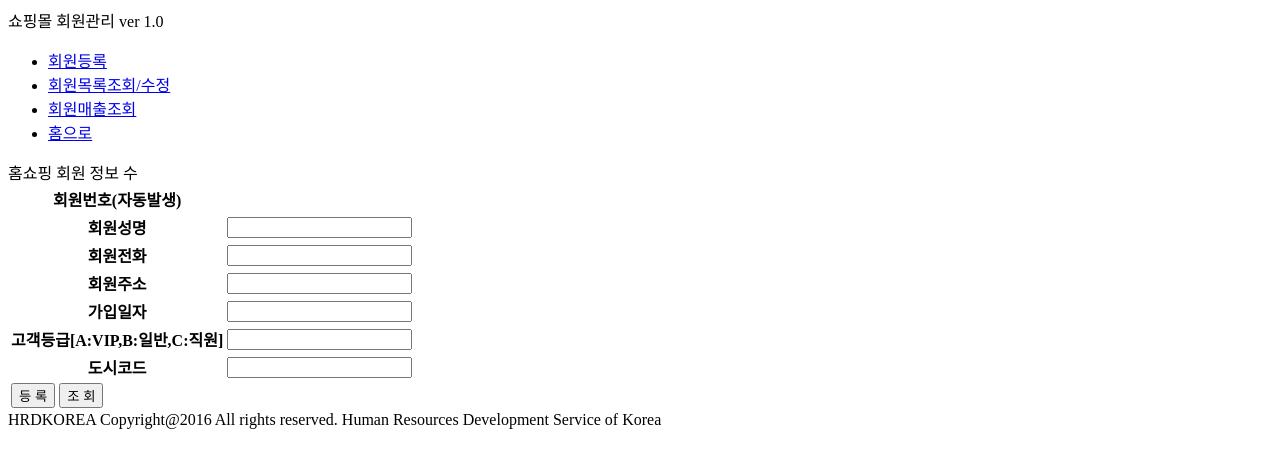
Repository: Up-Min/hrdkorea
Page: http://localhost/HRD_1234_easy2/modify.jsp
These files come from the project's save history. The page is drawn as it stood at one moment and after the next save; the edit follows.
The browser window is 1280 px wide. The pictures show the whole page.
The page is served by Tomcat 9. Queries for data that is not in the repository find no rows.

Above is the page before, as saved 2022-12-23 07:57:00.

After the next save:
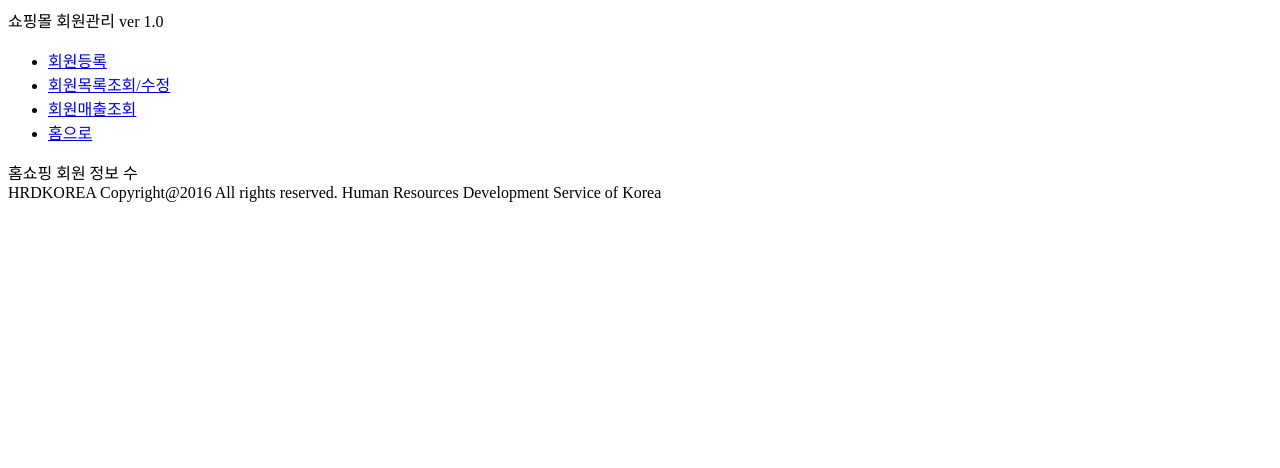
Saved 6 min 6 s later.
--- a/HRD_1234_easy2/src/main/webapp/modify.jsp
+++ b/HRD_1234_easy2/src/main/webapp/modify.jsp
@@ -20,33 +20,29 @@
 							<!-- 어차피 action에서 전부 처리할거기 때문에, 구분이 필요함. 그래서 modify! -->
 			<div class="wrapper">
 				<table>
-					<tr>
-						<th>회원번호(자동발생)</th>
-						<td>
+
 						<!-- jsp코드가 여기 들어갈거임 -->
 						<%
 						try{
 						Class.forName("oracle.jdbc.OracleDriver");
 						Connection con = DriverManager.getConnection("jdbc:oracle:thin:@//localhost:1521/xe", "gisa", "gisa1234");
 						Statement stmt = con.createStatement(); //DB 커넥션 연결
-						String sql = "SELECT max(custno)+1 custno FROM member_tbl_02";
+
+						String custno = request.getParameter("custno"); //url에 있는 키를 받아옴.
+						//modify.jsp?custno=100002 -> 100002를 가져옴.
+
+						String sql = "SELECT custname, phone, address, TO_CHAR(joindate,'YYYY-MM-DD') joindate, grade, city FROM member_tbl_02 WHERE custno =" +custno;
 						ResultSet rs = stmt.executeQuery(sql); //쿼리 실행
 
 						if(rs.next()){
 						%>
-						<input type = "text" name="custno" value="<%= rs.getInt(1)%>" readonly>
-
-						<%}
-						con.close();
-						stmt.close();
-						}catch(Exception e){
-							e.printStackTrace();
-						}
-
-						%>
+						<tr>
+						<th>회원번호(자동발생)</th>
+						<td>									<!-- String custno 넣어줌.  -->
+						<input type = "text" name="custno" value="<%=custno%>" readonly>
 						</td>
-					</tr>
-					<tr>
+						</tr>
+						<tr>
 						<th>회원성명</th>
 						<td><input type="text" name="custname"></td>
 					</tr>
@@ -74,10 +70,19 @@
 						<td colspan="2">
 							<button class="btn" type="submit"
 								onclick="fn_submit(); return false;">등 록</button>
-							<button class="btn" type="button" onclick="location='list'">조
-								회</button>
+							<button class="btn" type="button" onclick="location='list'">조회</button>
 						</td>
 					</tr>
+						<%}
+						con.close();
+						stmt.close();
+						}catch(Exception e){
+							e.printStackTrace();
+						}
+
+						%>
+
+
 				</table>
 			</div>
 		</form>
